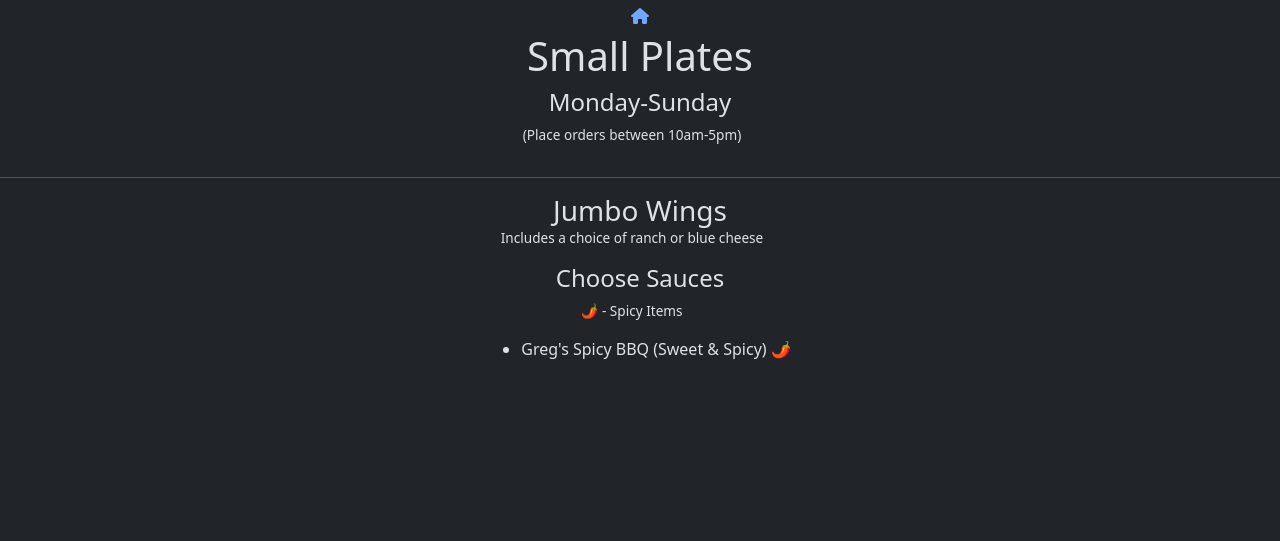
Repository: dukedward/smokehousemenu
Page: plates/index.html
These files come from the project's save history. The page is drawn as it stood at one moment and after the next save; the edit follows.
The browser window is 1280 px wide. The pictures show the whole page.
Some web libraries are served in a nearby version.

Above is the page before, as saved 2023-03-06 12:50:02.

### plates/index.html
<!DOCTYPE html>
<html lang="en" data-bs-theme="dark">
<head>
    <meta charset="UTF-8">
    <meta http-equiv="X-UA-Compatible" content="IE=edge">
    <meta name="viewport" content="width=device-width, initial-scale=1.0">
    <link rel="stylesheet" href="https://cdnjs.cloudflare.com/ajax/libs/font-awesome/6.3.0/css/all.min.css" integrity="sha512-SzlrxWUlpfuzQ+pcUCosxcglQRNAq/DZjVsC0lE40xsADsfeQoEypE+enwcOiGjk/bSuGGKHEyjSoQ1zVisanQ==" crossorigin="anonymous" referrerpolicy="no-referrer" />
    <link href="https://cdn.jsdelivr.net/npm/bootstrap@5.3.0-alpha1/dist/css/bootstrap.min.css" rel="stylesheet" integrity="sha384-GLhlTQ8iRABdZLl6O3oVMWSktQOp6b7In1Zl3/Jr59b6EGGoI1aFkw7cmDA6j6gD" crossorigin="anonymous">
    <link rel="stylesheet" href="../style.css" />
    <link rel="shortcut icon" href="../images/favicon.ico" type="image/x-icon">
    <title>Small Plates</title>
</head>
<body>
    <div class="title">
        <a href="/">
            <i class="fa-solid fa-house mt-2 mb-2"></i>
        </a>
        <h1>Small Plates</h1>
        <h4>Monday-Sunday</h4>
        <p>(Place orders between 10am-5pm)</p>
    </div>
    <!-- <hr>
    <div class="sections">
        <div class="sect">
            <h3>Jumbo Wings</h3>
            <div class="desc">
                <p>Includes a choice of ranch or blue cheese</p>
            </div>
            <div class="sub-sect">
                <h4>Choose Amount:</h4>
                <ul>
                    <li>5pc - $7.50</li>
                    <li>10pc - $13</li>
                    <li>20pc - $22</li>
                    <li>30pc - $31</li>
                </ul>
            </div>
            <div class="sub-sect">
                <h4>Choose Style:</h4>
                <ul>
                    <li>Traditional Fried</li>
                    <li>Smoke Fried</li>
                    <li>Signature Wild Wings</li>
                </ul>
            </div>
            <div class="sub-sect">
                <h4>Choose Sauces:</h4>
                <div class="desc">
                    <p>🌶️ - Spicy items</p>
                </div>
                <ul>
                    <li>Greg's Sweet BBQ</li>
                    <li>Sweet Teriyaki</li>
                    <li>Garlic Parmesan</li>
                    <li>Honey Mustard</li>
                    <li>Lemon Pepper</li>
                    <li>Carolina Gold 🌶️</li>
                    <li>Buffalo Sauce 🌶️</li>
                    <li>Hot Garlic 🌶️</li>
                    <li>Hot Honey Garlic 🌶️</li>
                    <li>Greg's Spicy BBQ (Sweet & Spicy) 🌶️</li>
                    <li>Honey Sriracha 🌶️</li>
                    <li>Spicy Honey Mustard 🌶️</li>
                    <li>Sweet Thai Chili 🌶️</li>
                </ul>
            </div>
        </div>
        <hr>
        <div class="sect">
            <h3>Smoked Pork Ribs</h3>
            <ul>
                <li>(2) Bone - $7</li>
                <li>Half Rack - $17.50</li>
                <li>Full Rack - $33</li>
            </ul>
            <h3>Smoked Beef Ribs</h3>
            <ul>
                <li>(1) Bone - $15</li>
                <li>(2) Bones - $25</li>
            </ul>
        </div>
        <hr>
        <div class="sect">
            <h3>Regular Sides</h3>
            <div class="desc">
                <p>Small - $4</p>
                <p>Large - $6</p>
            </div>
            <ul>
                <li>Seasoned Fries</li>
                <li>Tater Tots</li>
            </ul>
            <h3>Specialty Sides</h3>
            <div class="desc">
                <p>Cup - $7</p>
                <p>Pint - $12</p>
                <p>Quart - $21</p>
            </div>
            <ul>
                <li>White chedder Mac-n-Cheese</li>
                <li>Mommas Baked Beans (made w/ beef)</li>
                <li>Southern Green Beans (made w/ Turkey)</li>
            </ul>
            <h3>Garlic Toast</h3>
            <ul>
                <li>Small Basket (3) - $4</li>
                <li>Large Basket (6) - $6</li>
            </ul>
        </div>
        <hr>
        <div class="sect">
            <h3>Plates</h3>
            <div class="desc">
                <p>Includes 1 side & garlic toast</p>
                <p>$3 extra for specialty sides</p>
            </div>
            <ul>
                <li>Fried Shrimp Plate - $16</li>
                <li>Fried Catfish Plate - $16</li>
                <li>Small Wing Plate (5) - $10</li>
                <li>Large Wing Plate (10) - $16</li>
                <li>Chicken Finger Plate (4) - $12</li>
                <li>BBQ Chicken Plate (Leg & Thigh) - $11</li>
                <li>Fried Chicken Plate (Leg & Thigh) - $12</li>
                <li>Pulled Pork (1/2 lb) - $13</li>
                <li>Pork Rib Plate (4) - $15</li>
                <li>Beef Short Rib Plate (1/2 lb) - $20</li>
                <li>Smoked Sausage (1 lb Sliced) - $12</li>
            </ul>
        </div>
        <hr>
        <div class="sect">
            <h3>Sandwiches</h3>
            <div class="desc">
                <p>Includes one side</p>
            </div>
            <ul>
                <li>Chicken Sandwich - $13</li>
                <li>Short Rib Sandwich - $18</li>
                <li>Sausage & Peppers Pork - $15</li>
                <li>Cheese Burger - $11</li>
            </ul>
            <h3>Sliders</h3>
            <div class="desc">
                <p>Includes one side and sauce of choice</p>
            </div>
            <ul>
                <li>Chicken Sliders - $12</li>
                <li>Pulled Pork Sliders - $14</li>
                <li>Beef Short Rib Sliders - $16</li>
                <li>Mix-n-Match Sliders - $15</li>
            </ul>
        </div>
        <hr>
        <div class="sect">
            <h3>Add Ons</h3>
            <ul>
                <li>Side Shrimp (1/4 lb) - $7</li>
                <li>Catfish (1) - $7</li>
                <li>Chicken Finger (1) - $3</li>
                <li>Pork Sausage (1) - $7</li>
            </ul>
        </div>
    </div> -->
    <div class="bottom"></div>
    <script src="https://cdn.jsdelivr.net/npm/bootstrap@5.3.0-alpha1/dist/js/bootstrap.bundle.min.js" integrity="sha384-w76AqPfDkMBDXo30jS1Sgez6pr3x5MlQ1ZAGC+nuZB+EYdgRZgiwxhTBTkF7CXvN" crossorigin="anonymous"></script>
    <script src="../script.js"></script>
</body>
</html>

### style.css
.container {
    height: 100vh;
}

.title {
	display: flex;
	flex-direction: column;
	justify-content: center;
	align-items: center;
}

.sections {
	display: grid;
}

.sect, .sub-sect {
	display: flex;
	flex-direction: column;
	justify-content: left;
	align-items: center;
}

.sect h2,h3 {
    margin-bottom: 0;
}

.desc {
    display: flex;
    flex-direction: row;
    justify-content: space-between;
}

.desc p,.title p {
    padding-right: 1rem;
    font-size: .85rem;
}

### script.js
// Collecting DOM Elements
const bottom = document.querySelector('.bottom');
const sections = document.querySelector('.sections');

// API Data
const categories = [
    {
        name: 'Jumbo Wings',
        hasSubSection: true,
        description: [
            {
                text: 'Includes a choice of ranch or blue cheese',
            },
        ],
    },
];
const products = [
    {
        name: 'Greg\'s Spicy BBQ (Sweet & Spicy) 🌶️',
        image: '',
        price: 0,
        category: '640533ab345c72c36a197c35'
    },
];
const subCategories = [
    {
        name: 'Choose Sauces',
        description: [
            {
                text: '🌶️ - Spicy Items',
            },
        ],
        category: {
            _id: '640533ab345c72c36a197c35',
        },
    },
];

document.body.onload = addSection;

function addSection() {
    for(i=0; i < categories.length; i++) {
            // create a new div element
            const lineBreak = document.createElement("hr");
            const newDiv = document.createElement("div");
            newDiv.className = "sect";

            // and give it some content
            // Section Title
            const newSectTitle = document.createElement("h3");
            newSectTitle.innerHTML = categories[i].name;

            // Section Description
            const newDesc = document.createElement("div");
            newDesc.className = "desc";
            for(e=0; e < categories[i].description.length; e++ ) {
                const newDescText = document.createElement("p");
                newDescText.innerHTML = categories[i].description[i].text;
                newDesc.appendChild(newDescText);
            }

            if(categories[i].hasSubSection === true) {
                for (s=0; s < subCategories.length; s++) {
                    // Sub Section
                    const newSubSect = document.createElement("div");
                    newSubSect.className = "sub-sect";

                    // Sub Section Title
                    const newSubSectTitle = document.createElement("h4");
                    newSubSectTitle.innerHTML = subCategories[s].name;

                    // Sub Section Description
                    const newSubSectDesc = document.createElement('div');
                    newSubSectDesc.className = "desc";
                    for (d=0; d < subCategories[s].description.length; d++) {
                        const newSubSectDescText = document.createElement("p");
                        newSubSectDescText.innerHTML = subCategories[s].description[d].text;
                        newSubSectDesc.appendChild(newSubSectDescText);

                        // Sub Section List
                        const newSubSectList = document.createElement('ul');
                        for (p=0; p < products.length; p++) {
                            const newSubSectListItem = document.createElement('li');
                            newSubSectListItem.innerHTML = products[p].name
                            newSubSectList.appendChild(newSubSectListItem)

                        }
                        // Appending all elements to Sub Section
                        newSubSect.appendChild(newSubSectTitle)
                        newSubSect.appendChild(newSubSectDesc)
                        newSubSect.appendChild(newSubSectList)

                        // Appending all elements to Parent Div
                        newDiv.appendChild(newSectTitle);
                        newDiv.appendChild(newDesc);
                        newDiv.appendChild(newSubSect)
                    }
                }
            } else {
                //  Section List
                const newSectList = document.createElement('ul');
                for (p=0; p < products.length; p++) {
                    const newSectListItem = document.createElement('li');
                    newSectListItem.innerHTML = products[p].name
                    newSectList.appendChild(newSectListItem)
                }

                // Appending all elements to Parent Div
                newDiv.appendChild(newSectTitle);
                newDiv.appendChild(newDesc);
                newDiv.appendChild(newSectList)
            }

            // add the newly created element and its content into the DOM
            document.body.insertBefore(lineBreak, bottom)
            document.body.insertBefore(newDiv, bottom)
            }
}

After the next save:
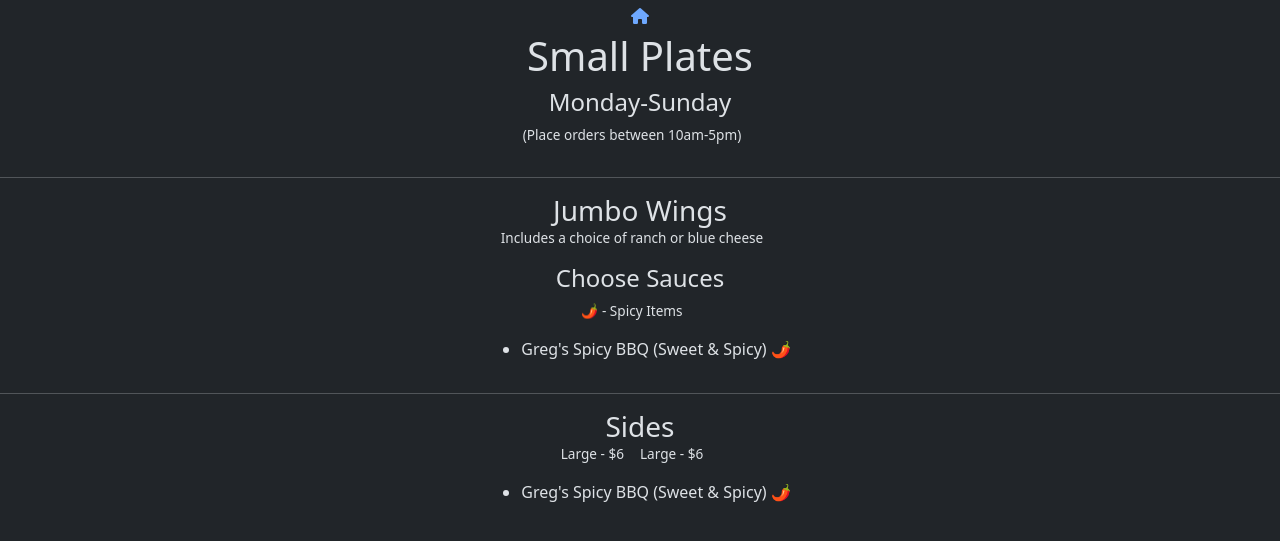
Saved 118 s later.
--- a/script.js
+++ b/script.js
@@ -11,6 +11,17 @@ const categories = [
             {
                 text: 'Includes a choice of ranch or blue cheese',
             },
+        ],
+    },{
+        name: 'Sides',
+        hasSubSection: false,
+        description: [
+            {
+                text: 'Small - $4'
+            },
+            {
+                text: 'Large - $6'
+            }
         ],
     },
 ];
